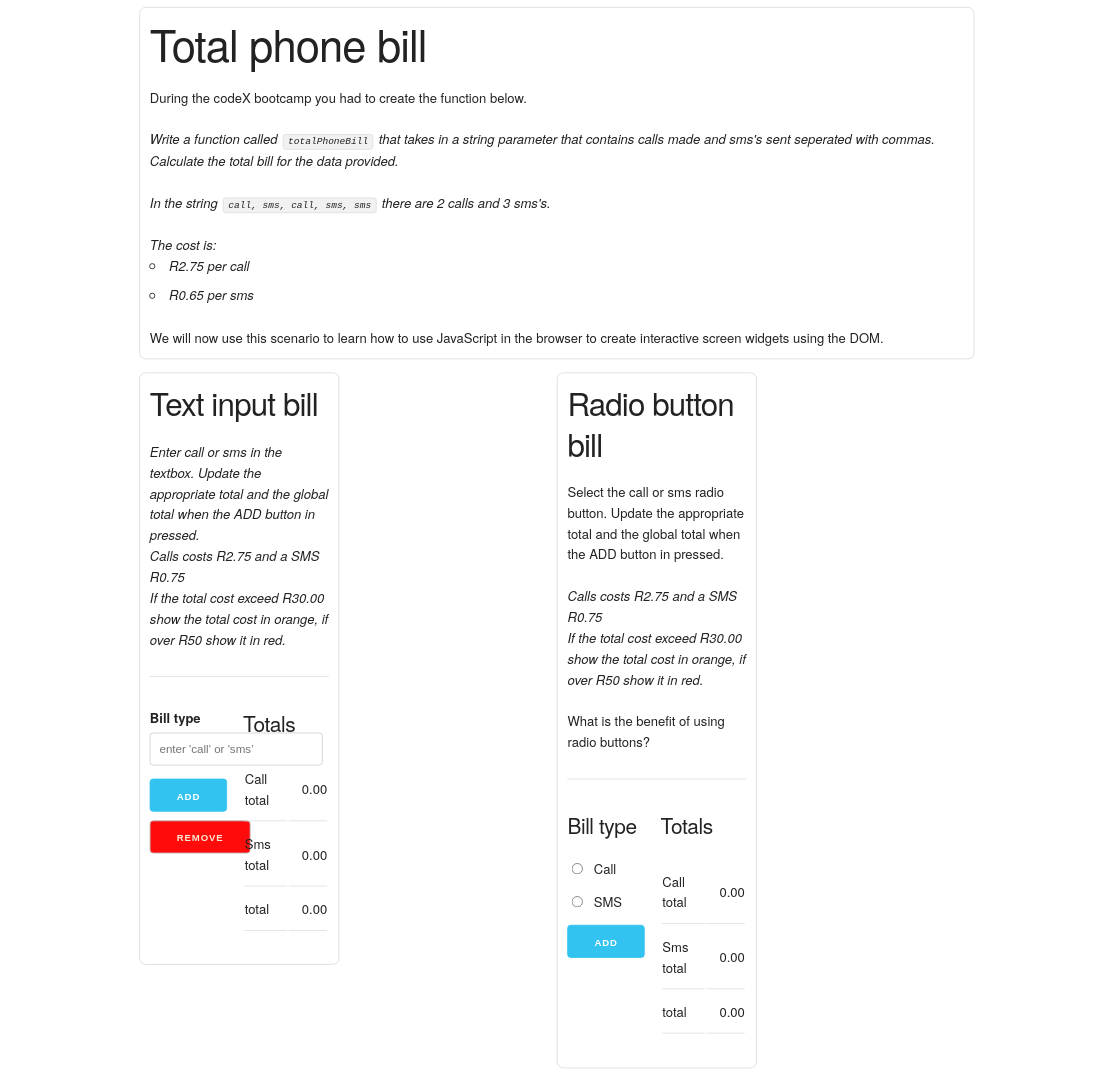
Repository: lasity34/Dom-intro-handlebars
Page: index.html
These files come from the project's save history. The page is drawn as it stood at one moment and after the next save; the edit follows.
The browser window is 1280 px wide. The pictures show the whole page, at 87% of full size.
Some web libraries are served in a nearby version.

Above is the page before, as saved 2023-05-09 08:39:09.

### index.html
<!DOCTYPE html>
<html>
  <head>
    <meta charset="utf-8" />
    <title></title>
    <link rel="stylesheet" href="css/skeleton.css" />
    <link rel="stylesheet" href="css/style.css" />
    <script src="https://cdnjs.cloudflare.com/ajax/libs/handlebars.js/4.0.11/handlebars.min.js"></script>
    <script type="text/x-template" id="billTemplate">
      {{#each differentCosts}}
      <tr >
      <td>{{name}} total</td>
      <td><span class=" {{this.extraClass}}" >{{total}}</span></td>
      </tr>
      {{/each}}
    </script>
  </head>
  <body>
    <div class="container">
      <div class="row">
        <div class="twelve columns box">
          <h1>Total phone bill</h1>

          <div class="">
            During the codeX bootcamp you had to create the function below.
          </div>

          <br />

          <div class="">
            <i
              >Write a function called <code>totalPhoneBill</code> that takes in
              a string parameter that contains calls made and sms's sent
              seperated with commas. Calculate the total bill for the data
              provided. <br /><br />
              In the string <code>call, sms, call, sms, sms</code> there are 2
              calls and 3 sms's.
              <br />
              <br />
              The cost is:
              <ul>
                <li>R2.75 per call</li>
                <li>R0.65 per sms</li>
              </ul>
            </i>
          </div>

          <div class="">
            We will now use this scenario to learn how to use JavaScript in the
            browser to create interactive screen widgets using the DOM.
          </div>
        </div>
      </div>
      <div class="widget_container">
      <div class="row">
        <div class="six columns box">
          <!--  text input bill -->
          <h3>Text input bill</h3>

          <div class="">
            <i
              >Enter call or sms in the textbox. Update the appropriate total
              and the global total when the ADD button in pressed.</i
            >
          </div>
          <div class="">
            <i>Calls costs R2.75 and a SMS R0.75</i>
          </div>

          <div class="">
            <i
              >If the total cost exceed R30.00 show the total cost in orange, if
              over R50 show it in red.</i
            >
          </div>
          <hr />

          <div></div>
          <div class="row">
            <div class="six columns">
              <label for="">Bill type</label>
              <input
                type="text"
                name=""
                value=""
                placeholder="enter 'call' or 'sms' "
                class="billTypeText"
              />
              <button
                class="button-primary addToBillBtn"
                type="button"
                name="button"
              >
                Add
              </button>
              <button class="resetBtn" type="button" name="button">
                Remove
              </button>
            </div>
            <div class="six columns">
              <h5>Totals</h5>
              <table class="textTotals"></table>
            </div>
          </div>
        </div>
      </div>
      <div class="row">
        <div class="six columns box">
          <h3>Radio button bill</h3>

          <div class="">
            Select the call or sms radio button. Update the appropriate total
            and the global total when the ADD button in pressed.
          </div>
          <br />
          <div class="">
            <i>Calls costs R2.75 and a SMS R0.75</i>
          </div>

          <div class="">
            <i
              >If the total cost exceed R30.00 show the total cost in orange, if
              over R50 show it in red.</i
            >
          </div>
          <br />
          <div class="">What is the benefit of using radio buttons?</div>

          <hr />

          <div class="row">
            <div class="six columns">
              <h5>Bill type</h5>
              <label class="">
                <input
                  type="radio"
                  name="billItemType"
                  class="billItemTypeRadio"
                  value="call"
                />
                <span class="label-body">Call</span>
              </label>
              <label class="">
                <input
                  type="radio"
                  name="billItemType"
                  class="billItemTypeRadio"
                  value="sms"
                />
                <span class="label-body">SMS</span>
              </label>
              <button
                class="button-primary radioBillAddBtn"
                type="button"
                name="button"
              >
                Add
              </button>
            </div>
            <div class="six columns">
              <h5>Totals</h5>
              <table class="radioTotals"></table>
            </div>
          </div>
        </div>
      </div>
      </div>
    </div>

    <script src="./js/text-bill.js" charset="utf-8"></script>
    <script src="./js/radio-bill.js" charset="utf-8"></script>
  </body>
</html>

<!-- billTotal -->

### css/skeleton.css
/*
* Skeleton V2.0.4
* Copyright 2014, Dave Gamache
* www.getskeleton.com
* Free to use under the MIT license.
* http://www.opensource.org/licenses/mit-license.php
* 12/29/2014
*/


/* Table of contents
––––––––––––––––––––––––––––––––––––––––––––––––––
- Grid
- Base Styles
- Typography
- Links
- Buttons
- Forms
- Lists
- Code
- Tables
- Spacing
- Utilities
- Clearing
- Media Queries
*/


/* Grid
–––––––––––––––––––––––––––––––––––––––––––––––––– */
.container {
  position: relative;
  width: 100%;
  max-width: 960px;
  margin: 0 auto;
  padding: 0 20px;
  box-sizing: border-box; }
.column,
.columns {
  width: 100%;
  float: left;
  box-sizing: border-box; }

/* For devices larger than 400px */
@media (min-width: 400px) {
  .container {
    width: 85%;
    padding: 0; }
}

/* For devices larger than 550px */
@media (min-width: 550px) {
  .container {
    width: 80%; }
  .column,
  .columns {
    margin-left: 4%; }
  .column:first-child,
  .columns:first-child {
    margin-left: 0; }

  .one.column,
  .one.columns                    { width: 4.66666666667%; }
  .two.columns                    { width: 13.3333333333%; }
  .three.columns                  { width: 22%;            }
  .four.columns                   { width: 30.6666666667%; }
  .five.columns                   { width: 39.3333333333%; }
  .six.columns                    { width: 48%;            }
  .seven.columns                  { width: 56.6666666667%; }
  .eight.columns                  { width: 65.3333333333%; }
  .nine.columns                   { width: 74.0%;          }
  .ten.columns                    { width: 82.6666666667%; }
  .eleven.columns                 { width: 91.3333333333%; }
  .twelve.columns                 { width: 100%; margin-left: 0; }

  .one-third.column               { width: 30.6666666667%; }
  .two-thirds.column              { width: 65.3333333333%; }

  .one-half.column                { width: 48%; }

  /* Offsets */
  .offset-by-one.column,
  .offset-by-one.columns          { margin-left: 8.66666666667%; }
  .offset-by-two.column,
  .offset-by-two.columns          { margin-left: 17.3333333333%; }
  .offset-by-three.column,
  .offset-by-three.columns        { margin-left: 26%;            }
  .offset-by-four.column,
  .offset-by-four.columns         { margin-left: 34.6666666667%; }
  .offset-by-five.column,
  .offset-by-five.columns         { margin-left: 43.3333333333%; }
  .offset-by-six.column,
  .offset-by-six.columns          { margin-left: 52%;            }
  .offset-by-seven.column,
  .offset-by-seven.columns        { margin-left: 60.6666666667%; }
  .offset-by-eight.column,
  .offset-by-eight.columns        { margin-left: 69.3333333333%; }
  .offset-by-nine.column,
  .offset-by-nine.columns         { margin-left: 78.0%;          }
  .offset-by-ten.column,
  .offset-by-ten.columns          { margin-left: 86.6666666667%; }
  .offset-by-eleven.column,
  .offset-by-eleven.columns       { margin-left: 95.3333333333%; }

  .offset-by-one-third.column,
  .offset-by-one-third.columns    { margin-left: 34.6666666667%; }
  .offset-by-two-thirds.column,
  .offset-by-two-thirds.columns   { margin-left: 69.3333333333%; }

  .offset-by-one-half.column,
  .offset-by-one-half.columns     { margin-left: 52%; }

}


/* Base Styles
–––––––––––––––––––––––––––––––––––––––––––––––––– */
/* NOTE
html is set to 62.5% so that all the REM measurements throughout Skeleton
are based on 10px sizing. So basically 1.5rem = 15px :) */
html {
  font-size: 62.5%; }
body {
  font-size: 1.5em; /* currently ems cause chrome bug misinterpreting rems on body element */
  line-height: 1.6;
  font-weight: 400;
  font-family: "Raleway", "HelveticaNeue", "Helvetica Neue", Helvetica, Arial, sans-serif;
  color: #222; }


/* Typography
–––––––––––––––––––––––––––––––––––––––––––––––––– */
h1, h2, h3, h4, h5, h6 {
  margin-top: 0;
  margin-bottom: 2rem;
  font-weight: 300; }
h1 { font-size: 4.0rem; line-height: 1.2;  letter-spacing: -.1rem;}
h2 { font-size: 3.6rem; line-height: 1.25; letter-spacing: -.1rem; }
h3 { font-size: 3.0rem; line-height: 1.3;  letter-spacing: -.1rem; }
h4 { font-size: 2.4rem; line-height: 1.35; letter-spacing: -.08rem; }
h5 { font-size: 1.8rem; line-height: 1.5;  letter-spacing: -.05rem; }
h6 { font-size: 1.5rem; line-height: 1.6;  letter-spacing: 0; }

/* Larger than phablet */
@media (min-width: 550px) {
  h1 { font-size: 5.0rem; }
  h2 { font-size: 4.2rem; }
  h3 { font-size: 3.6rem; }
  h4 { font-size: 3.0rem; }
  h5 { font-size: 2.4rem; }
  h6 { font-size: 1.5rem; }
}

p {
  margin-top: 0; }


/* Links
–––––––––––––––––––––––––––––––––––––––––––––––––– */
a {
  color: #1EAEDB; }
a:hover {
  color: #0FA0CE; }


/* Buttons
–––––––––––––––––––––––––––––––––––––––––––––––––– */
.button,
button,
input[type="submit"],
input[type="reset"],
input[type="button"] {
  display: inline-block;
  height: 38px;
  padding: 0 30px;
  color: #555;
  text-align: center;
  font-size: 11px;
  font-weight: 600;
  line-height: 38px;
  letter-spacing: .1rem;
  text-transform: uppercase;
  text-decoration: none;
  white-space: nowrap;
  background-color: transparent;
  border-radius: 4px;
  border: 1px solid #bbb;
  cursor: pointer;
  box-sizing: border-box; }
.button:hover,
button:hover,
input[type="submit"]:hover,
input[type="reset"]:hover,
input[type="button"]:hover,
.button:focus,
button:focus,
input[type="submit"]:focus,
input[type="reset"]:focus,
input[type="button"]:focus {
  color: #333;
  border-color: #888;
  outline: 0; }
.button.button-primary,
button.button-primary,
input[type="submit"].button-primary,
input[type="reset"].button-primary,
input[type="button"].button-primary {
  color: #FFF;
  background-color: #33C3F0;
  border-color: #33C3F0; }
.button.button-primary:hover,
button.button-primary:hover,
input[type="submit"].button-primary:hover,
input[type="reset"].button-primary:hover,
input[type="button"].button-primary:hover,
.button.button-primary:focus,
button.button-primary:focus,
input[type="submit"].button-primary:focus,
input[type="reset"].button-primary:focus,
input[type="button"].button-primary:focus {
  color: #FFF;
  background-color: #1EAEDB;
  border-color: #1EAEDB; }


/* Forms
–––––––––––––––––––––––––––––––––––––––––––––––––– */
input[type="email"],
input[type="number"],
input[type="search"],
input[type="text"],
input[type="tel"],
input[type="url"],
input[type="password"],
textarea,
select {
  height: 38px;
  padding: 6px 10px; /* The 6px vertically centers text on FF, ignored by Webkit */
  background-color: #fff;
  border: 1px solid #D1D1D1;
  border-radius: 4px;
  box-shadow: none;
  box-sizing: border-box; }
/* Removes awkward default styles on some inputs for iOS */
input[type="email"],
input[type="number"],
input[type="search"],
input[type="text"],
input[type="tel"],
input[type="url"],
input[type="password"],
textarea {
  -webkit-appearance: none;
     -moz-appearance: none;
          appearance: none; }
textarea {
  min-height: 65px;
  padding-top: 6px;
  padding-bottom: 6px; }
input[type="email"]:focus,
input[type="number"]:focus,
input[type="search"]:focus,
input[type="text"]:focus,
input[type="tel"]:focus,
input[type="url"]:focus,
input[type="password"]:focus,
textarea:focus,
select:focus {
  border: 1px solid #33C3F0;
  outline: 0; }
label,
legend {
  display: block;
  margin-bottom: .5rem;
  font-weight: 600; }
fieldset {
  padding: 0;
  border-width: 0; }
input[type="checkbox"],
input[type="radio"] {
  display: inline; }
label > .label-body {
  display: inline-block;
  margin-left: .5rem;
  font-weight: normal; }


/* Lists
–––––––––––––––––––––––––––––––––––––––––––––––––– */
ul {
  list-style: circle inside; }
ol {
  list-style: decimal inside; }
ol, ul {
  padding-left: 0;
  margin-top: 0; }
ul ul,
ul ol,
ol ol,
ol ul {
  margin: 1.5rem 0 1.5rem 3rem;
  font-size: 90%; }
li {
  margin-bottom: 1rem; }


/* Code
–––––––––––––––––––––––––––––––––––––––––––––––––– */
code {
  padding: .2rem .5rem;
  margin: 0 .2rem;
  font-size: 90%;
  white-space: nowrap;
  background: #F1F1F1;
  border: 1px solid #E1E1E1;
  border-radius: 4px; }
pre > code {
  display: block;
  padding: 1rem 1.5rem;
  white-space: pre; }


/* Tables
–––––––––––––––––––––––––––––––––––––––––––––––––– */
th,
td {
  padding: 12px 15px;
  text-align: left;
  border-bottom: 1px solid #E1E1E1; }
th:first-child,
td:first-child {
  padding-left: 0; }
th:last-child,
td:last-child {
  padding-right: 0; }


/* Spacing
–––––––––––––––––––––––––––––––––––––––––––––––––– */
button,
.button {
  margin-bottom: 1rem; }
input,
textarea,
select,
fieldset {
  margin-bottom: 1.5rem; }
pre,
blockquote,
dl,
figure,
table,
p,
ul,
ol,
form {
  margin-bottom: 2.5rem; }


/* Utilities
–––––––––––––––––––––––––––––––––––––––––––––––––– */
.u-full-width {
  width: 100%;
  box-sizing: border-box; }
.u-max-full-width {
  max-width: 100%;
  box-sizing: border-box; }
.u-pull-right {
  float: right; }
.u-pull-left {
  float: left; }


/* Misc
–––––––––––––––––––––––––––––––––––––––––––––––––– */
hr {
  margin-top: 3rem;
  margin-bottom: 3.5rem;
  border-width: 0;
  border-top: 1px solid #E1E1E1; }


/* Clearing
–––––––––––––––––––––––––––––––––––––––––––––––––– */

/* Self Clearing Goodness */
.container:after,
.row:after,
.u-cf {
  content: "";
  display: table;
  clear: both; }


/* Media Queries
–––––––––––––––––––––––––––––––––––––––––––––––––– */
/*
Note: The best way to structure the use of media queries is to create the queries
near the relevant code. For example, if you wanted to change the styles for buttons
on small devices, paste the mobile query code up in the buttons section and style it
there.
*/


/* Larger than mobile */
@media (min-width: 400px) {}

/* Larger than phablet (also point when grid becomes active) */
@media (min-width: 550px) {}

/* Larger than tablet */
@media (min-width: 750px) {}

/* Larger than desktop */
@media (min-width: 1000px) {}

/* Larger than Desktop HD */
@media (min-width: 1200px) {}

### css/style.css
.box {
  padding: 0.75em;
  border-radius : 0.5em;
  border : 1px solid #ddd;
  height: auto;
  margin-bottom: 1em;
}


.warning {
  color: orange;
  font-weight: bold;
}

.danger {
  color: crimson;
  font-weight: bold;
}

.total {
  font-weight: bold;
  font-size: 2em;
}

.resetBtn {
  background-color: rgb(255, 11, 11);
  color: antiquewhite;
}

.widget_container {
  display: flex;
}

.row {
  width: 100%;
}

### js/text-bill.js
// get a reference to the textbox where the bill type is to be entered

//get a reference to the add button

//create a variable that will keep track of the total bill

//add an event listener for when the add button is pressed

//in the event listener check if the value in the bill type textbox is 'sms' or 'call'
// * add the appropriate value to the running total
// * add nothing for invalid values that is not 'call' or 'sms'.
// * display the latest total on the screen\index.html

const billTypeText = document.querySelector(".billTypeText");
const textTotalAddBtn = document.querySelector(".addToBillBtn");
const textTotalRemoveBtn = document.querySelector(".resetBtn");
const totalElem = document.querySelector(".total");
const textCostDataElem = document.querySelector(".textTotals");


let callsTotal = 0.0;
let smsTotal = 0.0;
let totaltext = 0.0;

function textBillTotal() {
  const billTypeEntered = billTypeText.value.trim();

  if (billTypeEntered === "call") {
    callsTotal += 2.75;
  } else if (billTypeEntered === "sms") {
    smsTotal += 0.75;
  }

  totaltext = callsTotal + smsTotal;
  updateTextTemplate();

}
function removeTotal() {
  callsTotal = 0;
  smsTotal = 0;
  totaltext = 0
  updateTextTemplate();
}

function updateTextTemplate() {
  const templateSource = document.querySelector("#billTemplate").innerHTML;
  const textTemplate = Handlebars.compile(templateSource);

  const costData = {
    differentCosts: [
      { name: "Call", total: callsTotal.toFixed(2), extraClass : "" },
      {
        name: "Sms",
        total: smsTotal.toFixed(2),
        extraClass : ""
      },
      {
        name: "",
        total: totaltext.toFixed(2),
        extraClass : totaltext > 50 ? "danger" : totaltext > 30 ? "warning" : ""
      },
    ],

  };

  const userDataHTML = textTemplate(costData);

  textCostDataElem.innerHTML = userDataHTML;
}

document.addEventListener("DOMContentLoaded", function () {
  updateTextTemplate();
});

textTotalAddBtn.addEventListener("click", textBillTotal);
textTotalRemoveBtn.addEventListener("click", removeTotal);

### js/radio-bill.js
// get a reference to the sms or call radio buttons

//get a reference to the add button

//create a variable that will keep track of the total bill

//add an event listener for when the add button is pressed

//in the event listener get the value from the billItemTypeRadio radio buttons
// * add the appropriate value to the running total
// * add nothing for invalid values that is not 'call' or 'sms'.
// * display the latest total on the screen

const radioBillAddBtnElement = document.querySelector(".radioBillAddBtn");

// "input[name='billItemType']:checked"
const callTotalTwoElement = document.querySelector(".callTotalTwo");
const smsTotalTwoElement = document.querySelector(".smsTotalTwo");
const totalTwoElement = document.querySelector(".totalTwo");

let smsTotalRadio = 0;
let callTotalRadio = 0;
let radioTotal = 0;
function calculateRadioBtn() {
  const checkedRadioBtnElement = document.querySelector(
    "input[name='billItemType']:checked"
  );

  if (checkedRadioBtnElement) {
    const billItemType = checkedRadioBtnElement.value;

    if (billItemType === "call") {
      callTotalRadio += 2.75;
    } else if (billItemType === "sms") {
      smsTotalRadio += 0.75;
    }
  }

  radioTotal = callTotalRadio + smsTotalRadio;

  updateRadioTemplate();

  const radioItem = document.querySelectorAll(".radioItem");


}

function updateRadioTemplate(type) {
  const templateSource = document.querySelector("#billTemplate").innerHTML;
  const userTemplate = Handlebars.compile(templateSource);
  const radioCostDataElem = document.querySelector(".radioTotals");
  const costData = {
    differentCosts: [
      { name: "Call", total: callTotalRadio.toFixed(2), extraClass : "" },
      {
        name: "Sms",
        total: smsTotalRadio.toFixed(2),
        extraClass : ""
      },
      {
        name: "",
        total: radioTotal.toFixed(2),
        extraClass : radioTotal > 50 ? "danger" : radioTotal > 30 ? "warning" : ''
      },
    ],

  };

  const userDataHTML = userTemplate(costData);
  radioCostDataElem.innerHTML = userDataHTML;
}

document.addEventListener("DOMContentLoaded", function () {
  updateRadioTemplate("radio");
});

radioBillAddBtnElement.addEventListener("click", calculateRadioBtn);

After the next save:
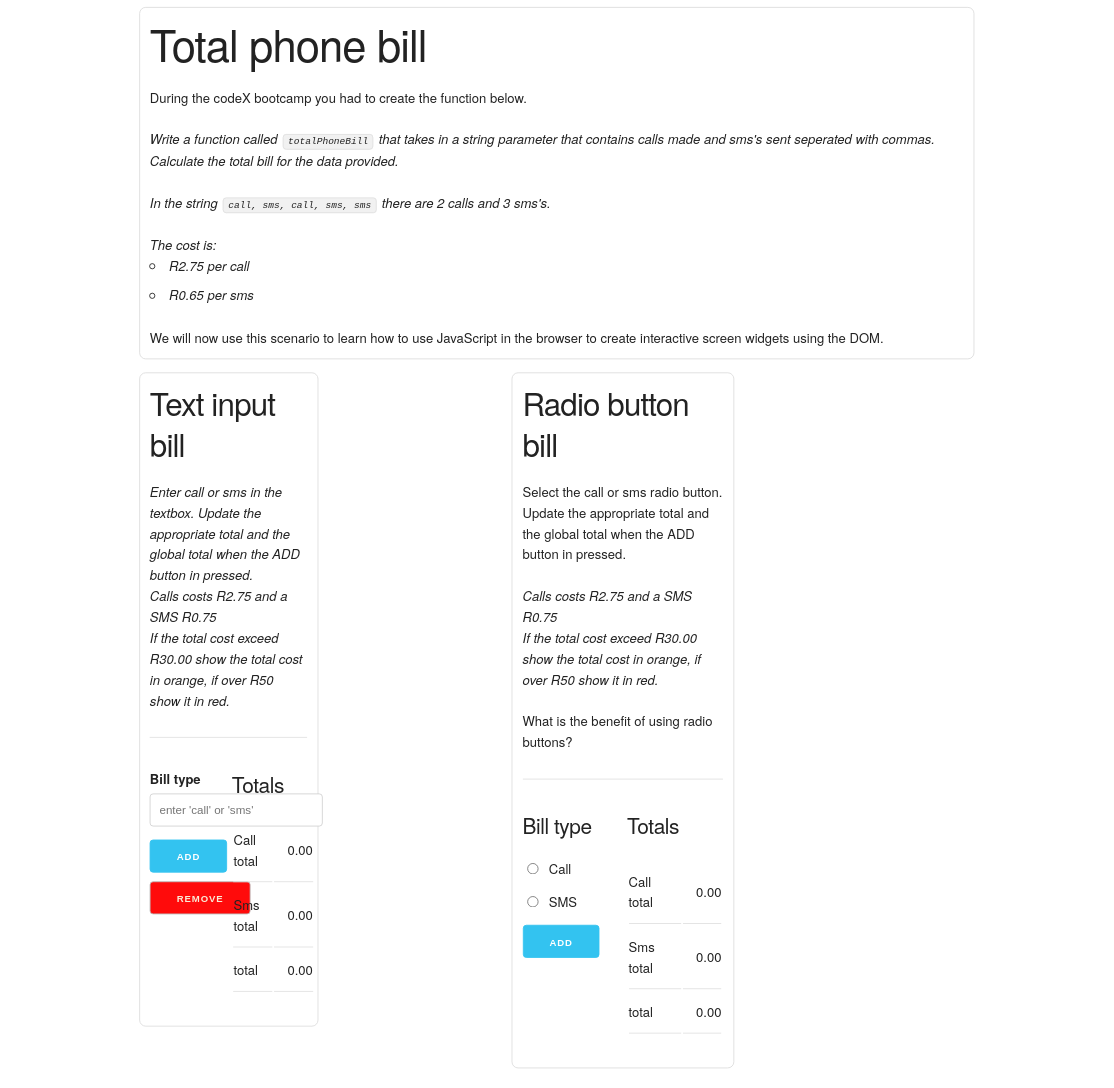
Saved 17 s later.
--- a/index.html
+++ b/index.html
@@ -52,7 +52,7 @@
         </div>
       </div>
       <div class="widget_container">
-      <div class="row">
+      <div class="width">
         <div class="six columns box">
           <!--  text input bill -->
           <h3>Text input bill</h3>
